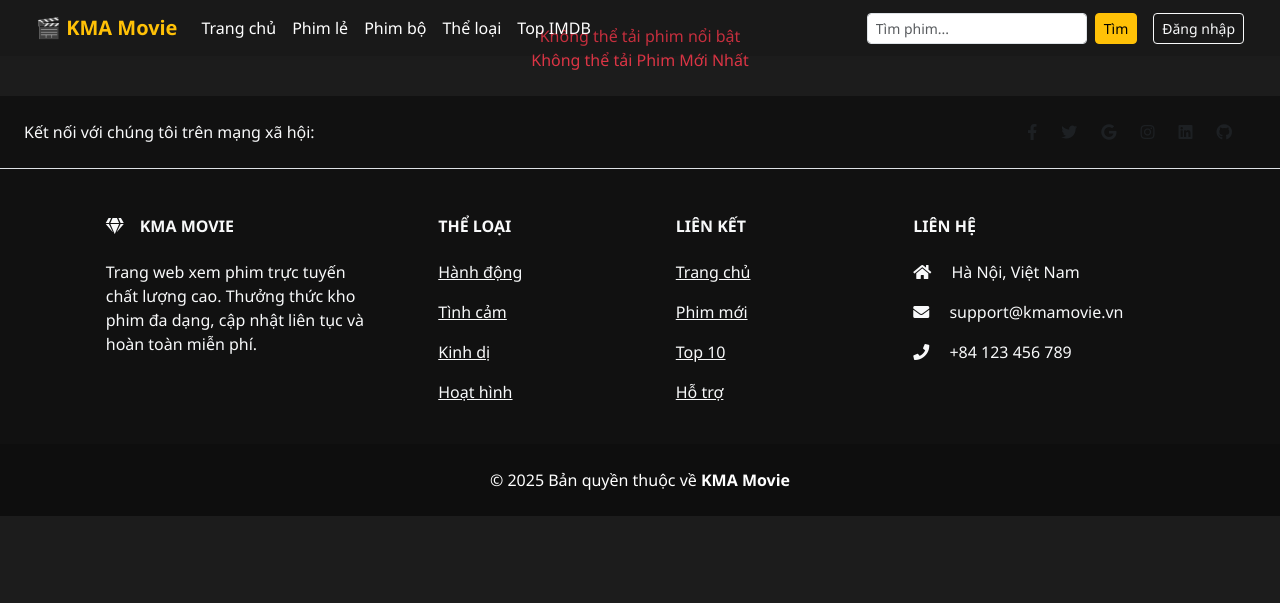
Repository: takagi2004/KMA_Nhom27_TTCS_WebXemFilm_FonEnd
Page: /
The author's editor kept a copy of each file at every save. The page is drawn from the files as they stood at one save, then again after a run of saves.
The browser window is 1280 px wide. The pictures show the whole page.
The page's requests for data from a server got no answer. The project was rebuilt for these pictures with package versions that can differ from the ones it lists, and the page was loaded fresh each time. No one was signed in, and anything a server would have sent is missing. Also part of the build but not shown: src/layout/danhsachphim/Props/PhimCard.tsx.

Above is the page before, as saved 2025-08-07 00:29:42.

After the next 3 saves:
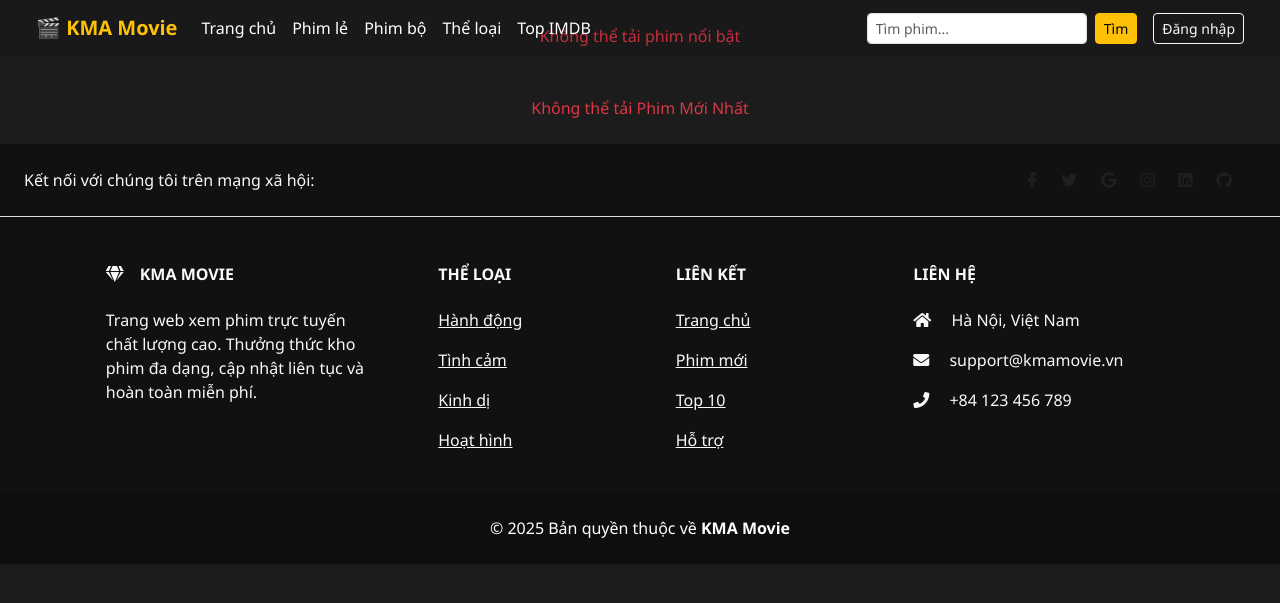
The 3 saves are shown as one change because they came seconds apart.
The last was saved 67 s later.
--- a/src/layout/header/Header.tsx
+++ b/src/layout/header/Header.tsx
@@ -11,7 +11,7 @@
       <Carousel />
 
       {/* Danh sách phim trồi lên nhẹ */}
-      <div className="danh-sach-phim-wrapper">
+      <div className="danh-sach-phim-wrapper d-flex flex-column gap-5">
         <DanhSachPhim
           title="Phim Nổi Bật"
           fetchApi={() => PhimAPI.getPhimNoiBat(30)}
